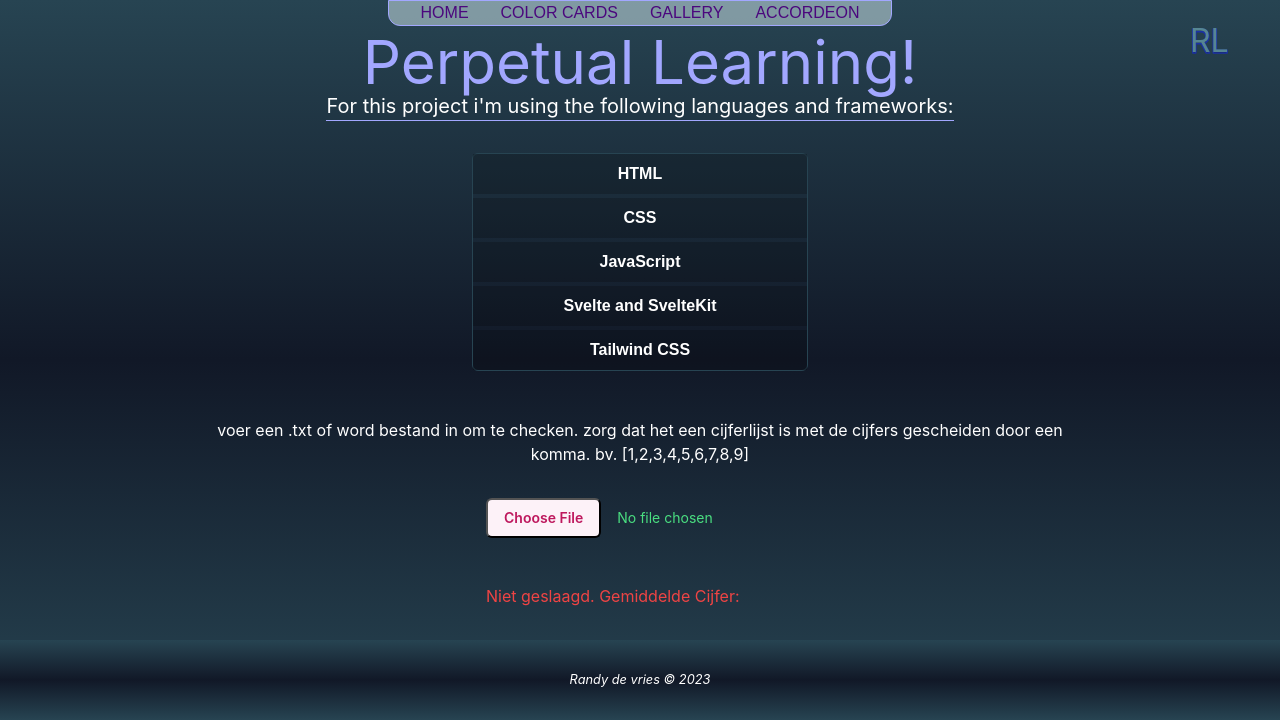
Repository: Freezler/svelte-app
Page: /links
The author's editor kept a copy of each file at every save. The page is drawn from the files as they stood at one save, then again after a run of saves.
The browser window is 1280 px wide. The pictures show the whole page.
The project was rebuilt for these pictures with package versions that can differ from the ones it lists, and the page was loaded fresh each time. The framework's server and built-in components were replaced by stand-ins that run in the browser. Also part of the build but not shown: svelte.config.js, vite.config.js.

Above is the page before, as saved 2023-11-12 12:02:01.

### src/app.html
<!DOCTYPE html>
<html lang="en">
	<head>
		<meta charset="utf-8" />
		<link rel="icon" href="%sveltekit.assets%/favicon.png" />
		<meta name="viewport" content="width=device-width" />
		%sveltekit.head%
		<title>SvelteKitProject</title>
	</head>
	<body data-sveltekit-preload-data="hover">
		<div style="display: contents">%sveltekit.body%</div>
	</body>
</html>

### src/routes/+layout.svelte
<script>
  import '../app.css';
  import Navbar from '../components/Navbar.svelte';
  import Footer from '../components/Footer.svelte';
</script>

<html lang="en" class="select-none scroll-smooth">
  <head>
    <!-- Add any necessary head content here -->
  </head>
  <body class=" flex flex-col h-full overflow-scroll">
    <Navbar />
    <main>
      <slot />
    </main>
    <Footer />
  </body>
</html>

### src/routes/links/+page.svelte
<script>
	import { onDestroy, onMount } from 'svelte';
	onMount(() => console.log('Mounted Links page'));
	onDestroy(() => console.log('Unmounted Links page'));
	import CijferlijstInput from '../../components/CijferlijstInput.svelte';
	import Accordion from '../../components/Accordion.svelte';

</script>

<main
	class=" z-100 flex h-screen scroll-smooth justify-center items-center w-screen flex-col bg-gradient-to-b from-astral-900 via-gray-900 to-astral-900 overflow-scroll pb-24"
>
<div class="flex flex-col w-[100%] items-center justify-center font-sans h-screen ">
	<h1 class="animate-slow-slide-down text-3xl sm:text-5xl md:text-6xl xl:8xl text-purpleone-300  ">Perpetual Learning!</h1>
	<p class="animate-slow-slide-up text-xs sm:text-[16px] md:text-xl xl:2xl text-white border-b-[1px]  border-purpleone-300 text-purpleone600">For this project i'm using the following languages and frameworks:</p>
	<Accordion />
</div>
<div class="flex flex-col w-[100%] items-center justify-center"></div>
		<CijferlijstInput />
</main>

### src/app.css
@import 'tailwindcss/base';
@import 'tailwindcss/components';
@import 'tailwindcss/utilities';

/* Your custom CSS goes here */
body {
	scroll-behavior: smooth;
}

body * {
	-moz-scrollbar-width: none;
	scrollbar-width: none;
	-ms-overflow-style: none;
}

### src/components/Navbar.svelte
<script>
	let showNav = false;

	const toggleNav = () => {
		showNav = !showNav;
		const body = document.body;

		if (showNav) {
			body.classList.add('overflow-hidden');
		} else {
			body.classList.remove('overflow-hidden');
		}
	};
</script>

<nav
	class=" fixed bottom-0 z-40 flex h-20 w-[100%] select-none items-center justify-between text-center antialiased focus:select-none md:right-0 md:top-0 md:justify-center"
>
	<a href="/" class="ml-3 flex h-16 select-none items-center focus:select-none "
		><svg
			class="flex h-20 animate-pulse md:right-0 md:absolute"
			version="1.1"
			xmlns="http://www.w3.org/2000/svg"
			width="100"
			height="100"
			viewBox="0 0 100 100"
		>
			<!-- Outline -->
			<text
				class="select-none focus:select-none shadow-xl animate-slow-slide-down "
				x="0"
				y="66"
				font-size="40"
				fill="red3"
				stroke="#12ff"
				stroke-width="2"
				stroke-linejoin="round">RL</text
			>
			<!-- Text -->
			<text class="animate-slow-slide-in" x="0" y="65" font-size="40" fill="#87ccd9">RL</text>
		</svg></a
	>

	<!-- Hamburger voorS  mobile/kleine schermen -->
	<button
		class=" mr-8 select-none text-white focus:select-none active:select-none md:hidden"
		on:click={toggleNav}
	>
		<div class="relative flex h-6 w-6 items-center">
			<span
				class={' absolute block h-[2px] w-5 origin-center bg-blueone-50 transition-transform'}
				class:rotate-45={showNav}
				class:top-2={!showNav}
			></span>
			<span
				class={'z-2000 absolute block h-[2px] w-5 origin-center bg-white blur-none transition-transform'}
				class:-rotate-45={showNav}
				class:bottom-2={!showNav}
			></span>
			<span
				class={'z-2000 absolute block h-[2px] w-5 origin-center bg-white blur-none transition-transform'}
				class:-rotate-45={showNav}
				class:bottom-2={!showNav}
			></span>
		</div>
	</button>

	<div
		class={`absolute top-0 z-50	hidden  -[80px] select-none rounded-b-xl text-purplethree-950  font-display uppercase  items-center justify-center gap-8 px-8 border-[1px] border-purpleone-300   bg-astral-100 bg-opacity-50  bg-cover bg-center    md:flex ${
			showNav ? 'hidden' : 'block'
		}`}
	>
	    <a href="/" class="hover:text-cyan-200 hover:bg-slate-500 ">Home</a>
		<a href="/blogs" class="hover:text-cyan-200 hover:bg-slate-500  ">Color Cards</a>
		<a href="/about" class="hover:text-cyan-200 hover:bg-slate-500">Gallery</a>
		<a href="/links" class="hover:text-cyan-200 hover:bg-slate-500">Accordeon</a>
	</div>
</nav>

<!-- Conditional Mobile Menu Overlay -->
{#if showNav}
	<div
		class=" fixed inset-0 z-50 flex animate-slow-fade-in select-none items-center justify-center bg-gray-800 bg-opacity-40 backdrop-blur-[2px]"
		on:click={toggleNav}
		on:keypress={toggleNav}
		role="button"
		tabindex="0"
	>
		<div
			class="absulute flex select-none flex-col items-center text-2xl text-gray-200 opacity-100 transition-opacity duration-100 ease-in-out"
		>
			<a href="/" tabindex="0" class="text-cyan-200"
				><svg xmlns="http://www.w3.org/2000/svg" width="80" height="80" viewBox="0 0 80 80">
					<!-- Outline -->
					<text
						x="16"
						y="50"
						font-family="Inter"
						font-size="40"
						fill="cyan"
						stroke="#dfe2ff"
						stroke-width="6"
						stroke-linejoin="round">RL</text
					>
					<!-- Text -->
					<text x="16" y="50" font-family="Inter" font-size="40" fill="indigo">RL</text>
				</svg>
				<hr class="mb-6 w-full border-bluetwo-400" /></a
			>
			<a href="/projects" tabindex="0" class="text-[#b910377e]">under construction..</a>
			<a href="/blogs" tabindex="0" class="text-[#dfe2ff]">Color Cards</a>
			<a href="/about" tabindex="0" class="text-[#dfe2ff]">Gallery</a>
			<a href="/links" tabindex="0" class="text-[#dfe2ff]">Accordeon</a>
		</div>
	</div>
{/if}

### src/components/Footer.svelte
<script>
</script>

<div class="bg-opacity-70 bg-gradient-to-b from-astral-900 via-gray-900 to-astral-900 bg-cover bg-center bg-no-repeat bg-blone-300  fixed w-screen bottom-0 h-20 flex items-center p-0 m-0">
  <div class="flex w-full items-center justify-around">
	<!-- GitHub icon -->
	<small class="text-white italic">Randy de vries &copy; {new Date().getFullYear()}</small>
  </div>
</div>

### src/components/CijferlijstInput.svelte
<!-- FileInput.svelte -->
<script>
  import { onMount } from 'svelte';

  export let fileContent = '';
  export let isSuccess = false;
  let gemiddeldeCijfer = '';

  function handleFileInput(event) {
	const file = event.target.files[0];

	if (file) {
	  const reader = new FileReader();

	  reader.onload = function (e) {
		const content = e.target.result;
		if (content.trim() !== '') {
		  fileContent = content;
		  isSuccess = true;
		  gemiddeldeCijfer = calculateGemiddeldeCijfer(fileContent);
		}
	  };

	  reader.readAsText(file);
	}
  }

  function calculateGemiddeldeCijfer(content) {
	const cijfers = content.split('\n').filter(line => line.trim() !== '').map(Number);
	const totaal = cijfers.reduce((acc, curr) => acc + curr, 0);
	return totaal / cijfers.length;
  }
</script>
<div class="text-center text-white -translate-y-4 w-[70%]"><h3>voer een .txt of word bestand in om te checken.
	zorg dat het een cijferlijst is met de cijfers gescheiden door een komma. bv. [1,2,3,4,5,6,7,8,9]
</h3></div>
<div class="p-4 min-w-[340px]">
  <input

	type="file"
	accept=".txt, .doc, .docx"
	on:change={handleFileInput}
	class="valid:text-green-400 invalid:text-red-500 block w-full text-sm text-slate-500 file:mr-4 file:py-2 file:px-4 file:rounded-md file:border-1 file:text-sm file:font-semibold file:bg-pink-50 file:text-pink-700 hover:file:bg-pink-100"
  />
  <textarea bind:value={fileContent} class="text-white h-[2rem] focus:outline-none resize-none w-full min-w-[fit-content] bg-transparent border-none select-none border-gray-300 rounded p-2"></textarea>

  {#if isSuccess}
	<h3 class="text-green-500 mt-2 mx-auto">Van harte gefeliciteerd, je bent geslaagd! Gemiddelde Cijfer: {gemiddeldeCijfer}</h3>
  {:else}
	<h3 class="text-red-500 mt-2 mx-auto">Niet geslaagd. Gemiddelde Cijfer: {gemiddeldeCijfer}</h3>
  {/if}
</div>

### src/components/Accordion.svelte
<script>
	let panels = [
		{
			title: 'HTML',
			content:
				'HTML is the standard markup language for documents designed to be displayed in a web browser.'
		},
		{ title: 'CSS', content: 'CSS is used to define styles for your web pages' },
		{
			title: 'JavaScript',
			content: 'JavaScript is used to add interactivity to your web pages'
		},
		{
			title: 'Svelte and SvelteKit',
			content: 'Svelte and SvelteKit are both JavaScript frameworks'
		},
		{ title: 'Tailwind CSS', content: 'Tailwind CSS is a utility-first CSS framework' }
	];

	let expandedPanel = null;

	function togglePanel(panel) {
		if (expandedPanel === panel) {
			expandedPanel = null;
		} else {
			expandedPanel = panel;
		}
	}
</script>

<div class="bg-transparent animate-slow-slide-up z-60 wrapper max-w-[400px] mx-auto mt-[0] w-[80%] text-center rounded-sm p-8">
	<div class="flex flex-col space-y-1  rounded-md border-[1px] border-astral-900">
		{#each panels as panel}
			<!-- svelte-ignore a11y-no-static-element-interactions -->
			<div
				class="relative isolate animate-fast-fade-in overflow-hidden"
				on:click={() => togglePanel(panel)}
				on:keydown={() => togglePanel(panel)}
				aria-roledescription="accordion"
			>
				<div class="" aria-expanded={panel === expandedPanel}>
					<!-- svelte-ignore empty-block -->
					{#if panel === expandedPanel}{/if}
					<div
						class="relative isolate grid place-items-center bg-[rgba(0,0,0,0.2)] p-2 font-display font-bold text-white"
					>
						{panel.title}
					</div>
				</div>
				{#if expandedPanel === panel}
					<div
						class="max-w-[100%] z-20 animate-slow-fade-in bg-astral-900 bg-opacity-70 px-6 py-0"
					>
						<svg
							xmlns="http://www.w3.org/2000/svg"
							class="icon icon-tabler icon-tabler-chevron-up mx-auto animate-pulse"
							width="24"
							height="24"
							viewBox="0 0 24 24"
							stroke-width="1.5"
							stroke="white"
							fill="rgba(39, 68, 82, 100%)"
							stroke-linecap="round"
							stroke-linejoin="round"
						>
							<path stroke="none" d="M0 0h24v24H0z" fill="transparent" />
							<polyline points="6 15 12 9 18 15" />
						</svg>
						<p class="text-white pb-3">
							{panel.content}
						</p>
					</div>
				{/if}
			</div>
		{/each}
	</div>
</div>

### tailwind.config.js
/** @type {import('tailwindcss').Config} */
const plugin = require('tailwindcss/plugin');
export default {
	content: ['./src/**/*.{html,js,svelte,ts}'],
	theme: {
		extend: {

			animation: {
				btnPulse: ' btnPulse 1s infinite',
				'spin-slow': 'spin 3s linear infinite',
				'spin-fast': 'spin 1s linear infinite',
				'slow-fade-in': 'fade-in 0.7s ease-in-out',
				'fast-fade-in': 'fade-in 0.5s ease-in-out',
				'slow-fade-out': 'fade-out 0.5s ease-in-out',
				'fast-fade-out': 'fade-out 0.7s ease-in-out',
				'slow-slide-in': 'slide-in 0.6s ease-in-out',
				'fast-slide-in': 'slide-in 3s ease-in-out',
				'slow-slide-up': 'slide-up 0.6s cubic-bezier(0.215, 0.61, 0.355, 1)',
				'slow-slide-out': 'slide-out 0.6s ease-in-out',
				'fast-slide-out': 'slide-out 0.3s ease-in-out',
				'ani-translate-y': 'translate-y 5s ease-in-out',
				'fast-slide-up': 'slide-up 0.5s cubic-bezier(0.215, 0.61, 0.355, 1)',
				'slow-slide-down': 'slide-down 0.6s cubic-bezier(0.215, 0.61, 0.355, 1)',
				'burger-smooth': 'burger-smooth 2s ease-in-out',
			    'wave': 'wave .9s ease-in-out',
			},
			keyframes: {
				'fade-in': {
					'0%': { opacity: '0' },
					'100%': { opacity: '1' }
				},
				'fade-out': {
					'0%': { opacity: '1' },
					'100%': { opacity: '0' }
				},
				'slide-in': {
					'0%': { transform: 'translateX(-240px)' },
					'100%': { transform: 'translateX(0)' }
				},
				'slide-out': {
					'0%': { transform: 'translateX(0)' },
					'100%': { transform: 'translateX(-100%)' }
				},
				'translate-y': {
					'0%': { transform: 'translateY(0)' },
					'100%': { transform: 'translateY(-100%)' }
				},
				wave: {
					'0%': { transform: 'rotate(0deg)' },
					'25%': { transform: 'rotate(45deg)' },
					'50%': { transform: 'rotate(35deg)' },
					'100%': { transform: 'rotate-45deg)' }
				},
				'slide-up': {
					'0%': { transform: 'translateY(240px)' },
					'100%': { transform: 'translateY(0)' }
				},
				'slide-down': {
					'0%': { transform: 'translateY(-400px)' },
					'100%': { transform: 'translateY(0px)' }
				},
				'btnPulse': {
					'0%': { transform: 'scale(1))' },
					'50%': { transform: 'scale(0.9)' },
					'100%': { transform: 'scale(1)' }
				}
			},

			fontFamily: {
				sans: ['Inter', 'Arial', 'Helvetica', 'sans-serif'],
				serif: ['Georgia', 'serif'],
				mono: ['Menlo', 'Monaco', 'Courier New', 'monospace'],
				display: ['Oswald', 'sans-serif'],
				handwriting: ['Pacifico', 'cursive']
			},
			colors: {
				blueone: {
					50: '#e6f5ff',
					100: '#d2ecff',
					200: '#aedaff',
					300: '#7dbfff',
					400: '#4b94ff',
					500: '#2268ff',
					600: '#003bff',
					700: '#003fff',
					800: '#0035d7',
					900: '#0830a7',
					950: '#072383'
				},
				bluetwo: {
					50: '#f3f6fb',
					100: '#e4e9f5',
					200: '#d0daed',
					300: '#afc2e1',
					400: '#89a2d1',
					500: '#6c85c5',
					600: '#596db7',
					700: '#4e5da7',
					800: '#454e8a',
					900: '#3b436d',
					950: '#272b44'
				},
				bluethree: {
					50: '#f2f6fc',
					100: '#e3ebf6',
					200: '#cdddf0',
					300: '#aac6e6',
					400: '#81a8d9',
					500: '#638cce',
					600: '#4f73c1',
					700: '#4561b0',
					800: '#3d5190',
					900: '#2c395f',
					950: '#242c47'
				},
				astral: {
					50: '#f0fafb',
					100: '#d9f0f4',
					200: '#b8e2e9',
					300: '#87ccd9',
					400: '#4fadc1',
					500: '#328ea3',
					600: '#2d768d',
					700: '#2b6173',
					800: '#2a5160',
					900: '#274452',
					950: '#152c37'
				},
				greenone: {
					50: '#f5ffe5',
					100: '#e6ffc7',
					200: '#cdff96',
					300: '#9ffc41',
					400: '#8bf328',
					500: '#6cd909',
					600: '#50ae02',
					700: '#3e8407',
					800: '#34680c',
					900: '#2c580f',
					950: '#143102'
				},
				greentwo: {
					50: '#f1fcf5',
					100: '#dff9e9',
					200: '#c0f2d4',
					300: '#8fe6b2',
					400: '#56d289',
					500: '#30b768',
					600: '#26aa5d',
					700: '#1e7743',
					800: '#1d5e39',
					900: '#194e31',
					950: '#082b19'
				},
				greenthree: {
					50: '#f2f7f4',
					100: '#dfece3',
					200: '#c1d9ca',
					300: '#98bda8',
					400: '#6b9c82',
					500: '#518a6e',
					600: '#37644f',
					700: '#2c5040',
					800: '#254035',
					900: '#1f352b',
					950: '#101e18'
				},
				roseone: {
					50: '#fef1fa',
					100: '#fde6f7',
					200: '#feccf1',
					300: '#fea3e4',
					400: '#fc6ad0',
					500: '#f74bbf',
					600: '#e61c9a',
					700: '#c90d7d',
					800: '#a60e66',
					900: '#8a1158',
					950: '#550232'
				},
				purpleone: {
					50: '#edf0ff',
					100: '#dfe2ff',
					200: '#c5caff',
					300: '#a2a7ff',
					400: '#7f7cfd',
					500: '#6d5ef6',
					600: '#5e40eb',
					700: '#5d41d3',
					800: '#412ca7',
					900: '#382b84',
					950: '#22194d'
				},
				purpletwo: {
					50: '#fcf3ff',
					100: '#fae7ff',
					200: '#f3ceff',
					300: '#eea7ff',
					400: '#e473ff',
					500: '#d12ef6',
					600: '#bc1edb',
					700: '#9f15b6',
					800: '#841494',
					900: '#6f1679',
					950: '#490151'
				},
				purplethree: {
					50: '#faf5ff',
					100: '#f3e8ff',
					200: '#ead4ff',
					300: '#d9b3ff',
					400: '#c282fe',
					500: '#aa53f9',
					600: '#9530ed',
					700: '#801fd1',
					800: '#6d1faa',
					900: '#591a89',
					950: '#4b077e'
				},
				rosetwo: {
					50: '#fef1f8',
					100: '#fee5f3',
					200: '#ffcae8',
					300: '#ff9fd4',
					400: '#ff64b5',
					500: '#fe1f8a',
					600: '#ef1372',
					700: '#d00657',
					800: '#ac0848',
					900: '#8f0c3f',
					950: '#580021'
				},
				redone: {
					50: '#fff0f0',
					100: '#ffdede',
					200: '#ffc2c2',
					300: '#ff9898',
					400: '#ff5d5d',
					500: '#ff2b2b',
					600: '#f70808',
					700: '#d00505',
					800: '#ac0808',
					900: '#8e0e0e',
					950: '#4e0101'
				},
				redtwo: {
					50: '#fcf4f4',
					100: '#fae6e6',
					200: '#f7d1d1',
					300: '#f0b1b1',
					400: '#e58484',
					500: '#d75c5c',
					600: '#be3c3c',
					700: '#a33232',
					800: '#872d2d',
					900: '#712b2b',
					950: '#3d1212'
				},
				greyone: {
					50: '#f6f6f6',
					100: '#e7e7e7',
					200: '#d1d1d1',
					300: '#b0b0b0',
					400: '#888888',
					500: '#6d6d6d',
					600: '#5d5d5d',
					700: '#4f4f4f',
					800: '#454545',
					900: '#3d3d3d',
					950: '#050505'
				},
				greytwo: {
					50: '#f4f5fa',
					100: '#e7e9f2',
					200: '#d4d7e9',
					300: '#b6bcda',
					400: '#939bc7',
					500: '#797fb8',
					600: '#6769a9',
					700: '#5c5b9a',
					800: '#504e7f',
					900: '#444266',
					950: '#232232'
				}
			}
		},
		screens: {
			// default is oudere schermen erg klein!  -->
			xxxs: '360px', // modernere kleine schermen
			xxs: '480px', // Extra extra small screen size
			xs: '640px', // Extra small screen size
			sm: '768px', // Small screen size
			md: '1024px', // Medium screen size
			lg: '1280px', // Large screen size
			xl: '1440px', // Extra large screen size
			xxl: '1920px', // Extra extra large screen size
			xxxl: '3840px' // 4K screen size (3840px)
			// Je kunt meer schermformaten toevoegen indien nodig
		},

		fonts: {
			sans: ['Inter', 'Arial', 'Helvetica', 'sans-serif'],
			serif: ['Georgia', 'serif'],
			mono: ['Bebas Neue','Monaco', 'Courier New', 'monospace'],
			display: ['San-francisco', 'sans-serif'],
			handwriting: ['Pacifico', 'cursive']
		},
		textShadow: {
			sm: '0 1px 2px var(--tw-shadow-color)',
			DEFAULT: '0 2px 4px var(--tw-shadow-color)',
			lg: '0 8px 16px var(--tw-shadow-color)'
		}
	},
	plugins: [
		plugin(function ({ matchUtilities, theme }) {
			matchUtilities(
				{
					'text-shadow': (value) => ({
						textShadow: value
					})
				},
				{ values: theme('textShadow') }
			);
		})
	]
};

After the next 2 saves:
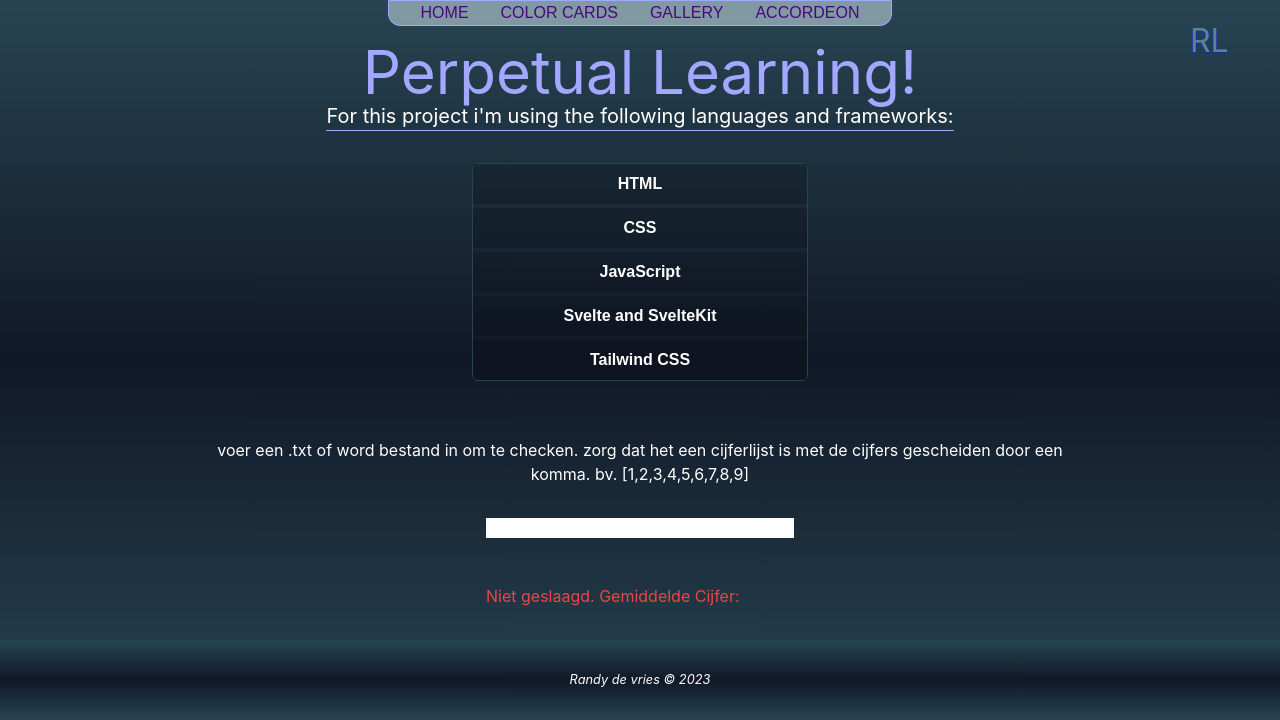
The 2 saves are shown as one change because they came seconds apart.
The last was saved 78 s later.
--- a/src/components/CijferlijstInput.svelte
+++ b/src/components/CijferlijstInput.svelte
@@ -37,7 +37,7 @@
 <div class="p-4 min-w-[340px]">
   <input
 
-	type="file"
+	type="file/text"
 	accept=".txt, .doc, .docx"
 	on:change={handleFileInput}
 	class="valid:text-green-400 invalid:text-red-500 block w-full text-sm text-slate-500 file:mr-4 file:py-2 file:px-4 file:rounded-md file:border-1 file:text-sm file:font-semibold file:bg-pink-50 file:text-pink-700 hover:file:bg-pink-100"

After the 2 saves that followed:
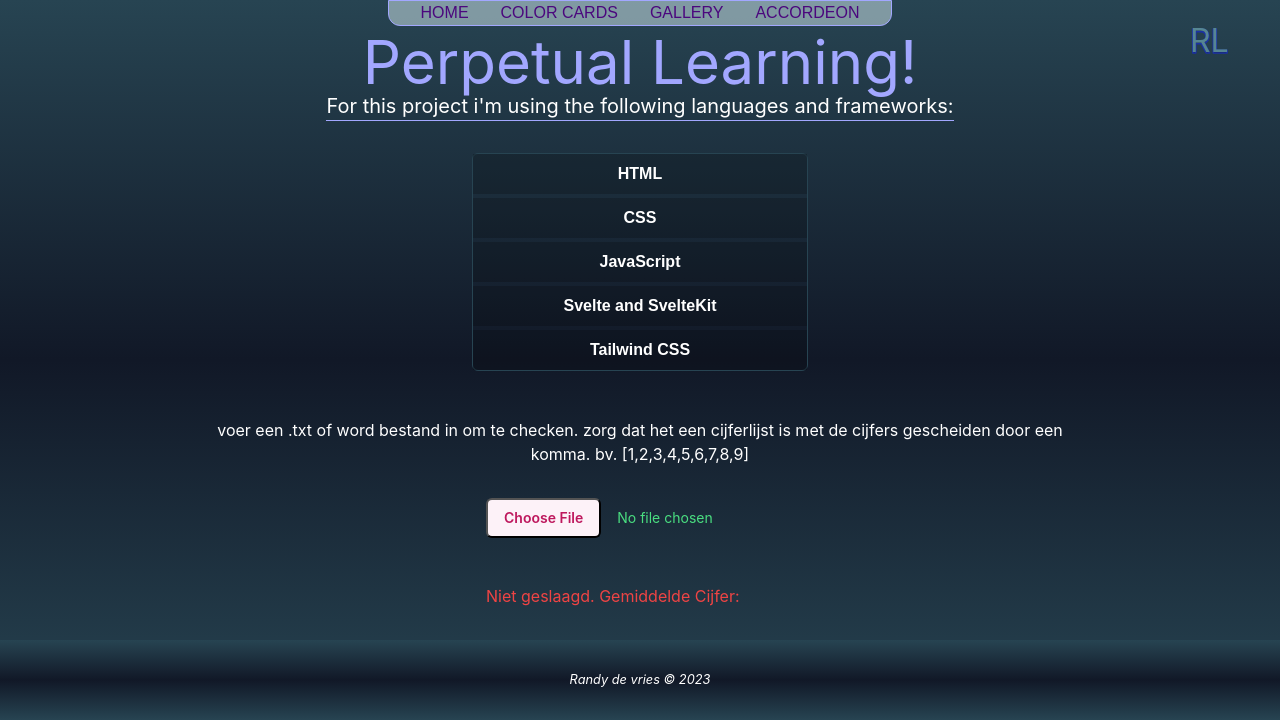
The 2 saves are shown as one change because they came seconds apart.
The last was saved 31 s later.
--- a/src/components/CijferlijstInput.svelte
+++ b/src/components/CijferlijstInput.svelte
@@ -37,7 +37,7 @@
 <div class="p-4 min-w-[340px]">
   <input
 
-	type="file/text"
+	type="file"
 	accept=".txt, .doc, .docx"
 	on:change={handleFileInput}
 	class="valid:text-green-400 invalid:text-red-500 block w-full text-sm text-slate-500 file:mr-4 file:py-2 file:px-4 file:rounded-md file:border-1 file:text-sm file:font-semibold file:bg-pink-50 file:text-pink-700 hover:file:bg-pink-100"
